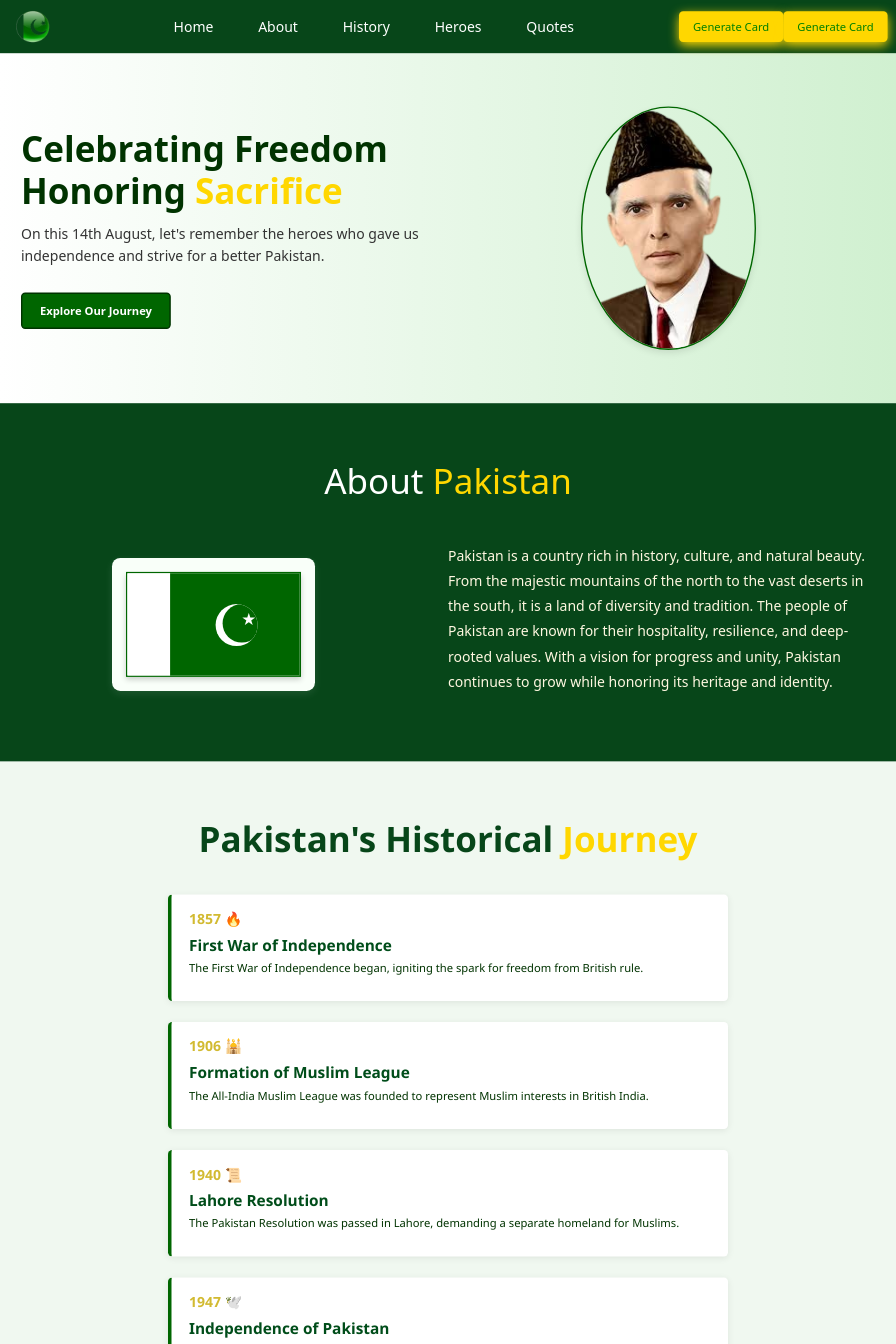
Repository: memonmuhammadali98/Pakistan-Independence-Day
Page: index.html
An editor plug-in stored every save of this project. The page is shown before and after a run of saves, followed by the edit.
The browser window is 1280 px wide. The pictures show the part of the page from y = 0 to 1920 px (the page is 6354 px tall), at 70% of full size.

Above is the page before, as saved 2025-08-09 21:28:23.

After the next 2 saves:
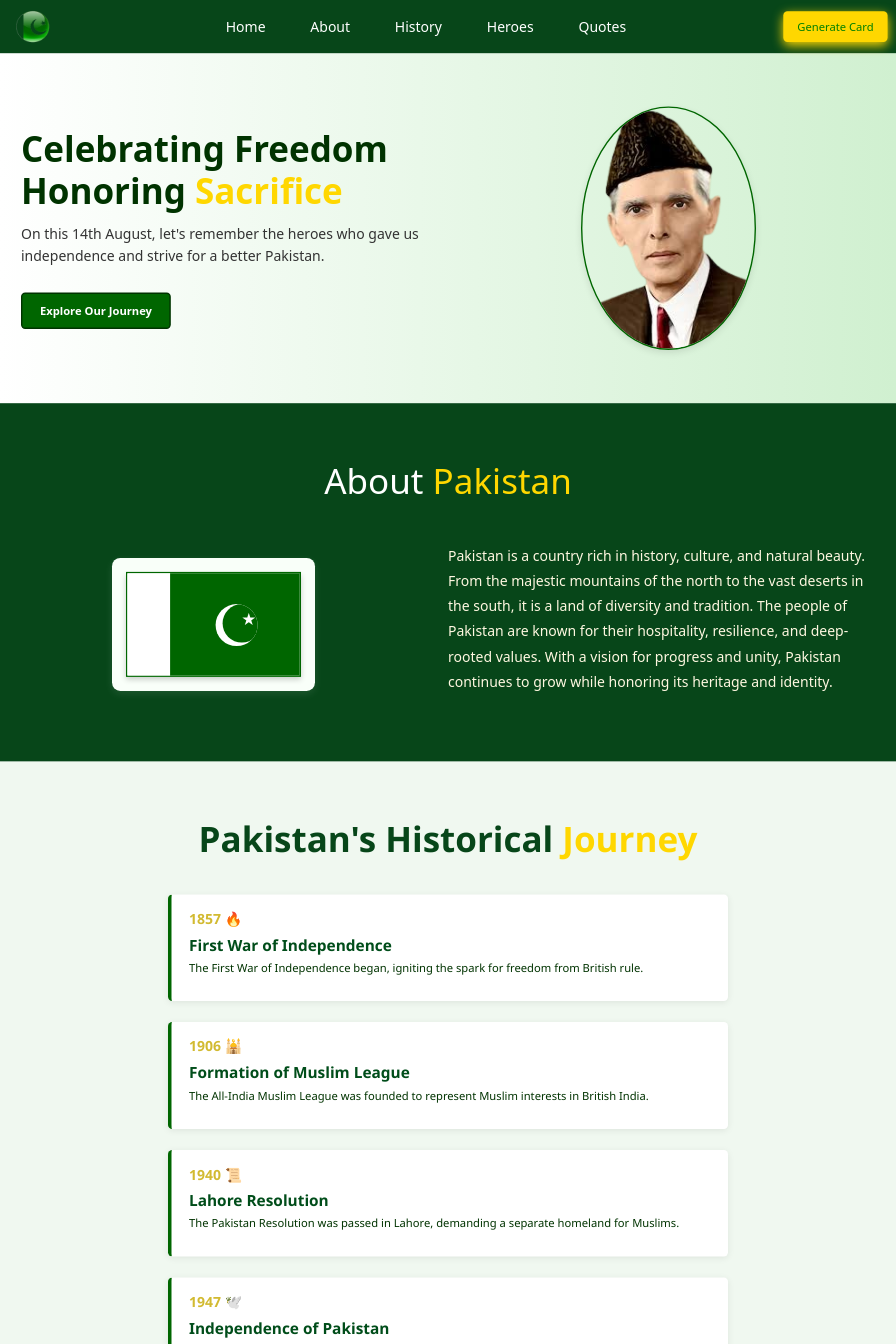
The 2 saves are shown as one change because they came seconds apart.
The last was saved 7 s later.
--- a/index.html
+++ b/index.html
@@ -44,13 +44,9 @@
             <a class="nav-link active" aria-disabled="true" href="#Quotes">Quotes</a>
           </li>
         </ul>
-        <form class="d-flex" role="search" onsubmit="event.preventDefault()">
+        <form class="d-flex" role="search" >
           <button class="btn" type="submit" ><a href="#Generate-Card"></a> Generate Card</button>
         </form>
-        <form class="d-flex" role="search" onsubmit="event.preventDefault()">
-  <button class="btn" type="submit">Generate Card</button>
-</form>
-
       </div>
     </div>
   </nav>
